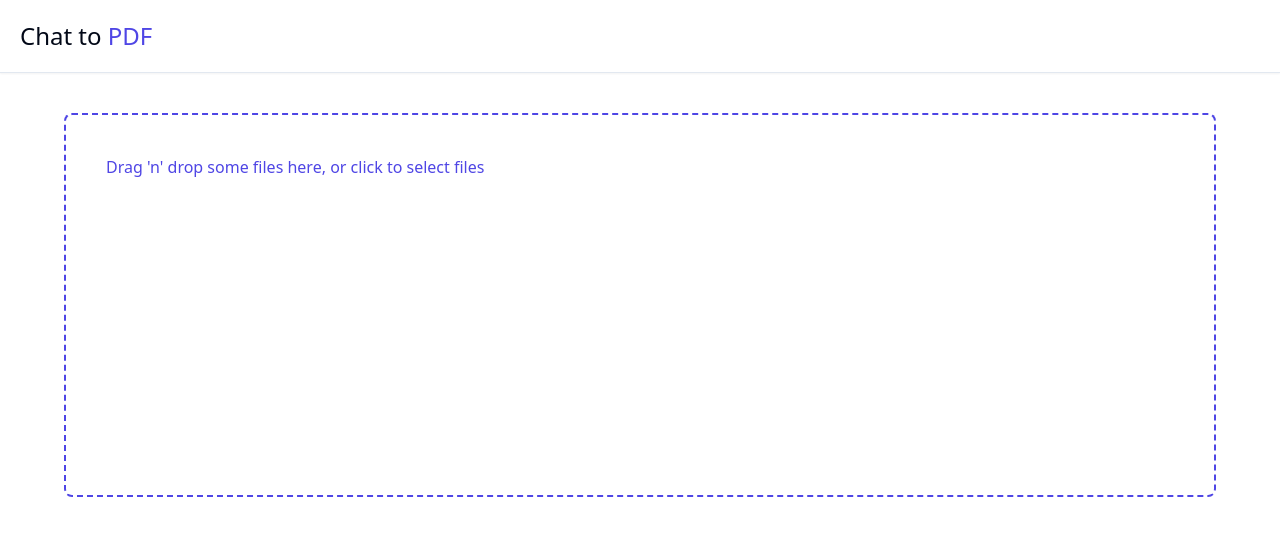
Repository: JonoSuave/chat-with-pdf
Page: /dashboard/upload
The author's editor kept a copy of each file at every save. The page is drawn from the files as they stood at one save, then again after the next save.
The browser window is 1280 px wide. The pictures show the whole page.
The page's requests for data from a server got no answer. The project was rebuilt for these pictures with package versions that can differ from the ones it lists, and the page was loaded fresh each time. Some packages were replaced by stand-ins written for this rebuild. The framework's server and built-in components were replaced by stand-ins that run in the browser. No one was signed in, and anything a server would have sent is missing. Also part of the build but not shown: next.config.mjs, src/lib/utils.ts, src/components/ui/button.tsx.

Above is the page before, as saved 2024-07-24 09:56:01.

After the next save:
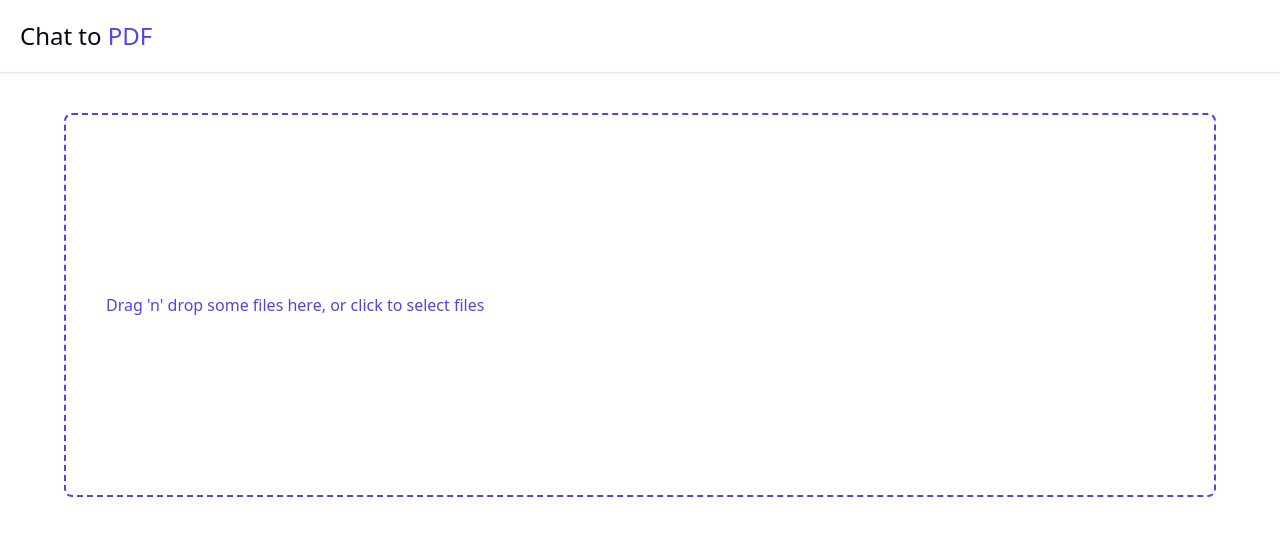
Saved 6 s later.
--- a/src/components/FileUploader.tsx
+++ b/src/components/FileUploader.tsx
@@ -12,7 +12,7 @@ function FileUploader() {
 			{/* Loading... tomorrow */}
 			<div
 				{...getRootProps()}
-				className={`p-10 border-2 border-indigo-600 border-dashed mt-10 w-[90%] text-indigo-600 rounded-lg h-96 flex-`}>
+				className={`p-10 border-2 border-indigo-600 border-dashed mt-10 w-[90%] text-indigo-600 rounded-lg h-96 flex items-center`}>
 				<input {...getInputProps()} />
 				{isDragActive ? (
 					<p>Drop the files here ...</p>
